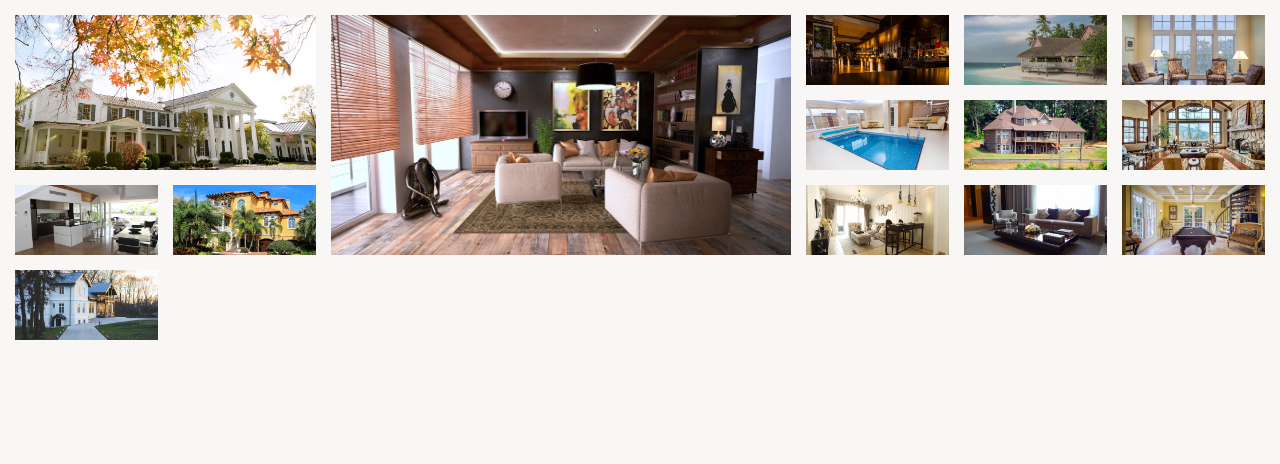
Repository: mikitran721/CSS3
Page: index.html
An editor plug-in stored every save of this project. The page is shown before and after the next save, followed by the edit.
The browser window is 1280 px wide. The pictures show the whole page.

Above is the page before, as saved 2023-06-18 03:56:52.

After the next save:
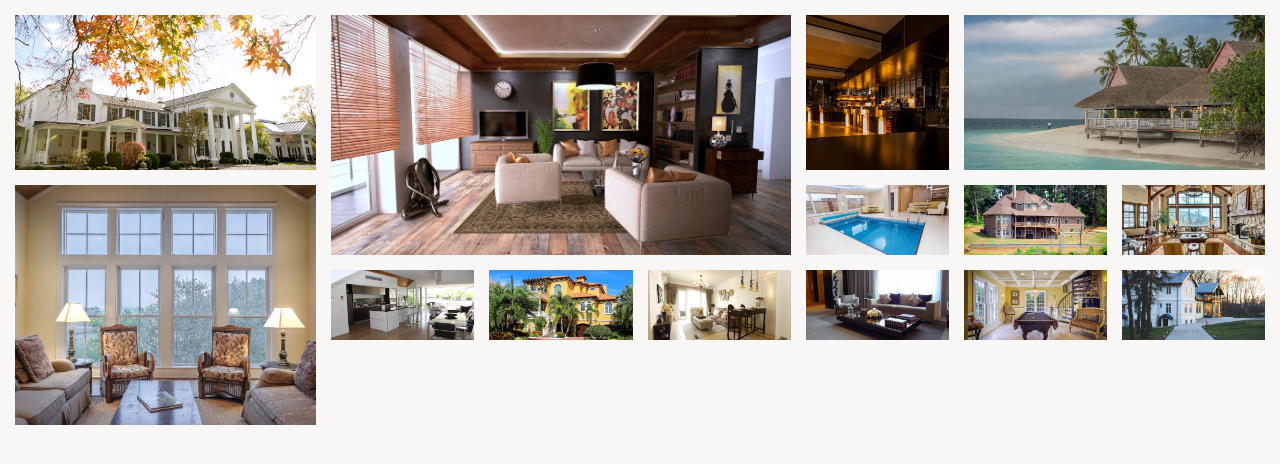
Saved 2 min 36 s later.
--- a/style.css
+++ b/style.css
@@ -167,3 +167,33 @@ html {
   grid-column: 3/6;
   grid-row: 1/4;
 }
+.gallery__item--3 {
+  grid-column: 6/7;
+  grid-row: 1/3;
+}
+.gallery__item--4 {
+  grid-column: 7/9;
+  grid-row: 1/3;
+}
+.gallery__item--5 {
+  grid-column: 1/3;
+  grid-row: 3/6;
+}
+.gallery__item--6 {
+}
+.gallery__item--7 {
+}
+.gallery__item--8 {
+}
+.gallery__item--9 {
+}
+.gallery__item--10 {
+}
+.gallery__item--11 {
+}
+.gallery__item--12 {
+}
+.gallery__item--13 {
+}
+.gallery__item--14 {
+}
